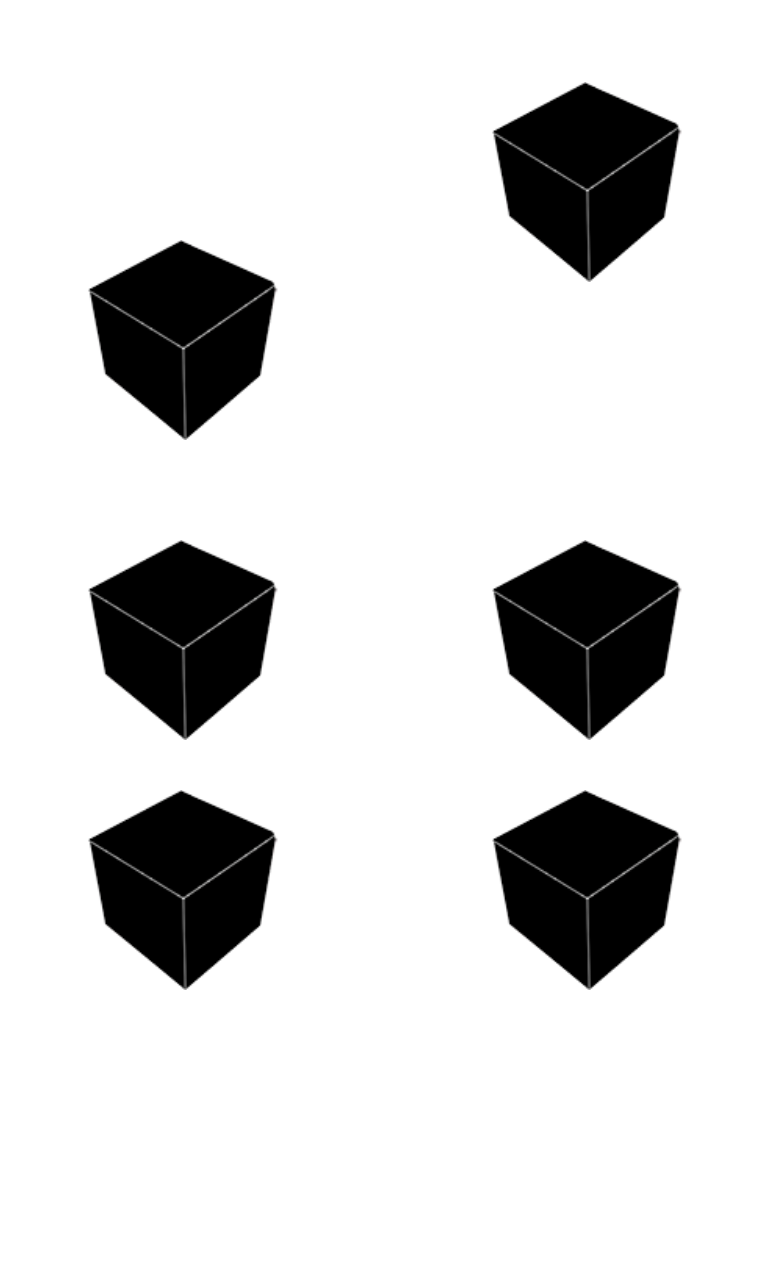
Repository: DSKarramba/university
Layout: models_and_methods_ICS/lab_01/code/calc/res/layout/activity_main.xml
The author's editor kept a copy of each file at every save. The layout is drawn from the files as they stood at one save, then again after the next save.
It is drawn on a 768 x 1280 px phone screen (xhdpi) without system bars, with theme AppTheme; the app's code is not run.

Above is the layout before, as saved 2014-12-11 03:40:36.

After the next save:
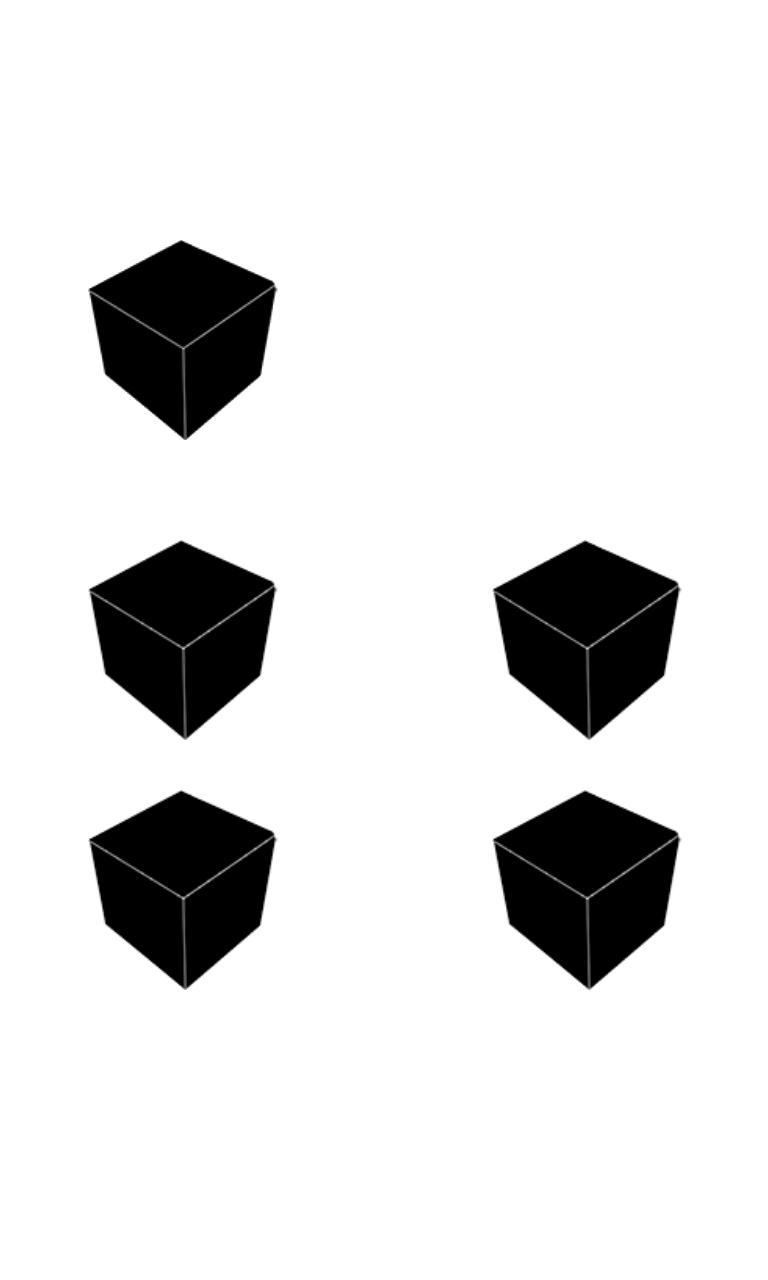
Saved 15 s later.
--- a/models_and_methods_ICS/lab_01/code/calc/res/layout/activity_main.xml
+++ b/models_and_methods_ICS/lab_01/code/calc/res/layout/activity_main.xml
@@ -25,10 +25,9 @@
         android:id="@+id/img2"
         android:layout_width="100dp"
         android:layout_height="100dp"
-        android:layout_alignParentRight="true"
-        android:layout_alignParentTop="true"
-        android:layout_marginRight="25dp"
-        android:layout_marginTop="25dp"
+        android:layout_above="@+id/img3"
+        android:layout_alignLeft="@+id/img3"
+        android:layout_marginBottom="50dp"
         android:background="@android:color/transparent"
         android:contentDescription="@string/str_box"
         android:scaleType="fitCenter"
